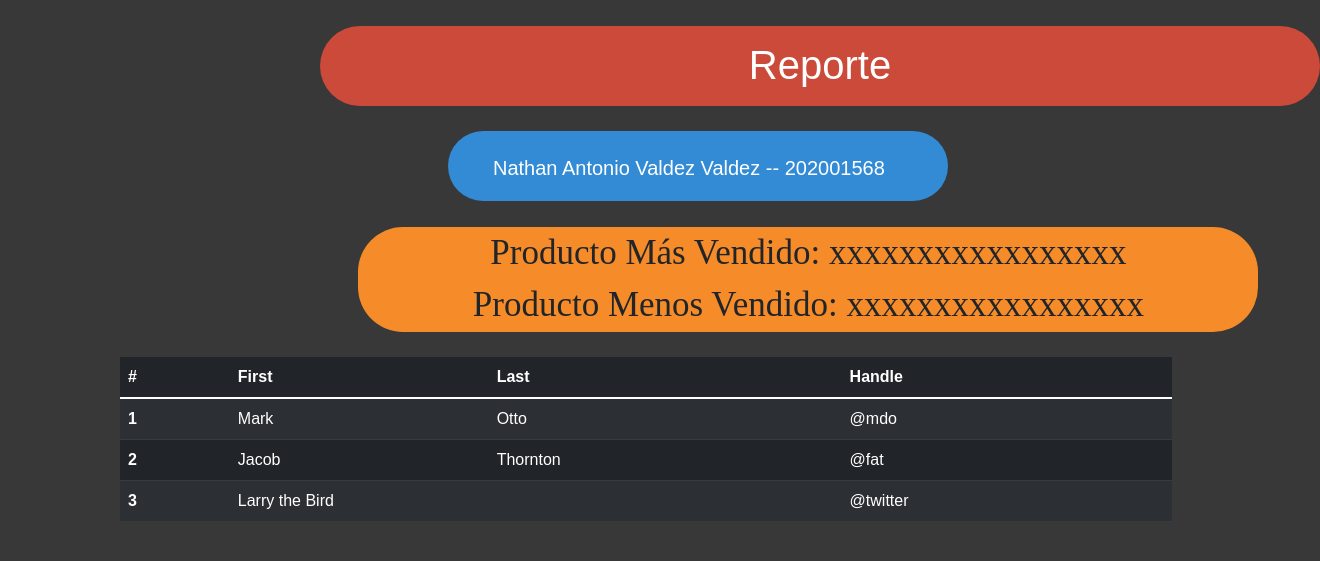
Repository: nathanvdev/LFP_PR_202001568
Page: plantilla.html
The author's editor kept a copy of each file at every save. The page is drawn from the files as they stood at one save, then again after the next save.
The browser window is 1280 px wide. The page is 1320 px wide, so the pictures cover 1320 px, including what lies to the right of the window. The pictures show the whole page.

Above is the page before, as saved 2022-02-19 19:26:06.

### plantilla.html

<!DOCTYPE html>
<html lang="es">
<head>
    <meta charset="UTF-8">
    <meta http-equiv="X-UA-Compatible" content="IE=edge">
    <meta name="viewport" content="width=device-width, initial-scale=1.0">
    <link href="https://cdn.jsdelivr.net/npm/bootstrap@5.1.3/dist/css/bootstrap.min.css" rel="stylesheet" integrity="sha384-1BmE4kWBq78iYhFldvKuhfTAU6auU8tT94WrHftjDbrCEXSU1oBoqyl2QvZ6jIW3" crossorigin="anonymous">
    <title>Document</title>
</head>
<style>
    body{
        font-family: sans-serif;
    }
    .titlebox{
        background-color: rgb(204, 74, 57);
        height: 80px;
        width: 1000px;
        margin: 2%;
        margin-left: 25%;
        border-radius: 45px;

        text-align: center;
        display: flex;
        justify-content: center;
    }
    .PersonalInfo{
        background-color: rgb(50, 139, 212);
        height: 70px;
        width: 500px;
        margin: 2%;
        margin-top: 0px;
        margin-left: 35%;
        border-radius: 45px;

    }
    .tabla{
        width: 90%;
        height: auto;
        margin: 20px;
        padding-left: 100px;

    }
    .Datos{
        background-color: rgb(246, 140, 41);
        height: auto;
        width: 900px;
        margin: 2%;
        margin-top: 0px;
        margin-left: 28%;
        border-radius: 45px;
        text-align: center;
    }
    .productos{
        font-size: 35px;
        font-family: 'Times New Roman', Times, serif;

    }
</style>
<body style="background-color: rgb(56, 56, 56);">
    <div class="titlebox">
        <h1 style="color: white; padding-top: 15px;">Reporte</h1>
    </div>
    <div class="PersonalInfo">
        <h3 style="color: white;
        margin: 5%; float: left; font-size: 20px; padding-left: 20px;">
            Nathan Antonio Valdez Valdez  --  202001568
        </h3>
    </div>

    <div class="Datos">
        <div class="productos">
            Producto Más Vendido:
            xxxxxxxxxxxxxxxxx
            <br>
            Producto Menos Vendido:
            xxxxxxxxxxxxxxxxx
        </div>
    </div>

    <div class="tabla">
    <table class="table table-dark table-striped">
        <thead>
          <tr>
            <th scope="col">#</th>
            <th scope="col">First</th>
            <th scope="col">Last</th>
            <th scope="col">Handle</th>
          </tr>
        </thead>
        <tbody>
          <tr>
            <th scope="row">1</th>
            <td>Mark</td>
            <td>Otto</td>
            <td>@mdo</td>
          </tr>
          <tr>
            <th scope="row">2</th>
            <td>Jacob</td>
            <td>Thornton</td>
            <td>@fat</td>
          </tr>
          <tr>
            <th scope="row">3</th>
            <td colspan="2">Larry the Bird</td>
            <td>@twitter</td>
          </tr>
        </tbody>
      </table>
    </div>
</body>
</html>

After the next save:
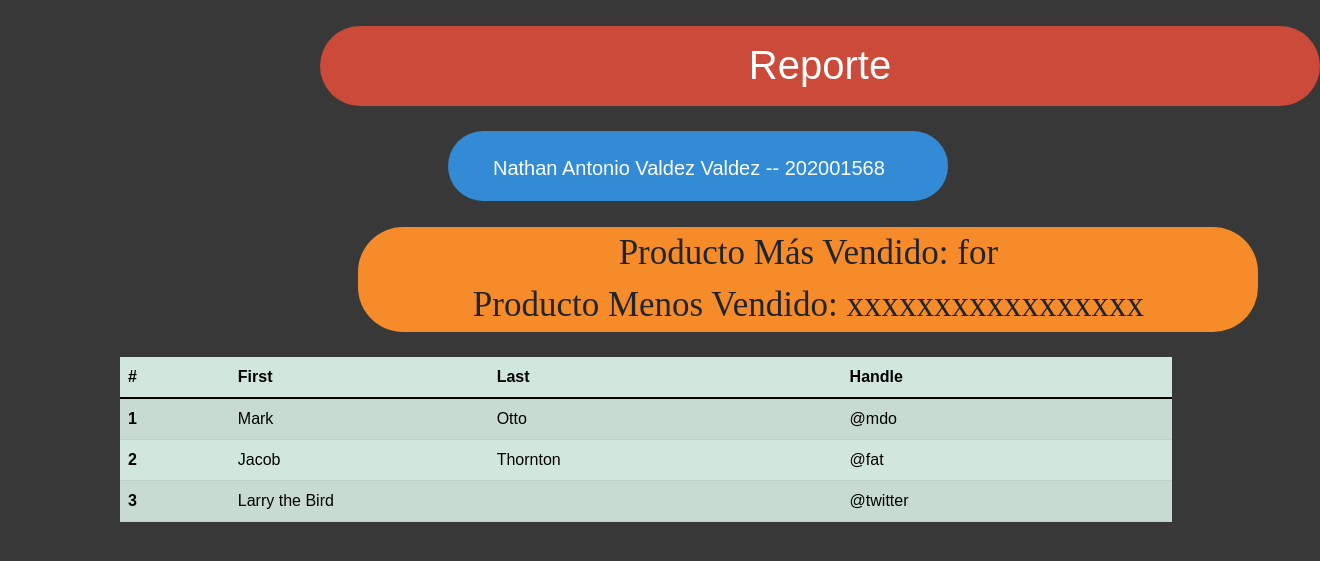
Saved 16 min 50 s later.
--- a/plantilla.html
+++ b/plantilla.html
@@ -71,7 +71,7 @@
     <div class="Datos">
         <div class="productos">
             Producto Más Vendido:
-            xxxxxxxxxxxxxxxxx
+            for
             <br>
             Producto Menos Vendido:
             xxxxxxxxxxxxxxxxx
@@ -79,7 +79,7 @@
     </div>
 
     <div class="tabla">
-    <table class="table table-dark table-striped">
+    <table class="table table-success table-striped">
         <thead>
           <tr>
             <th scope="col">#</th>

After the save that followed:
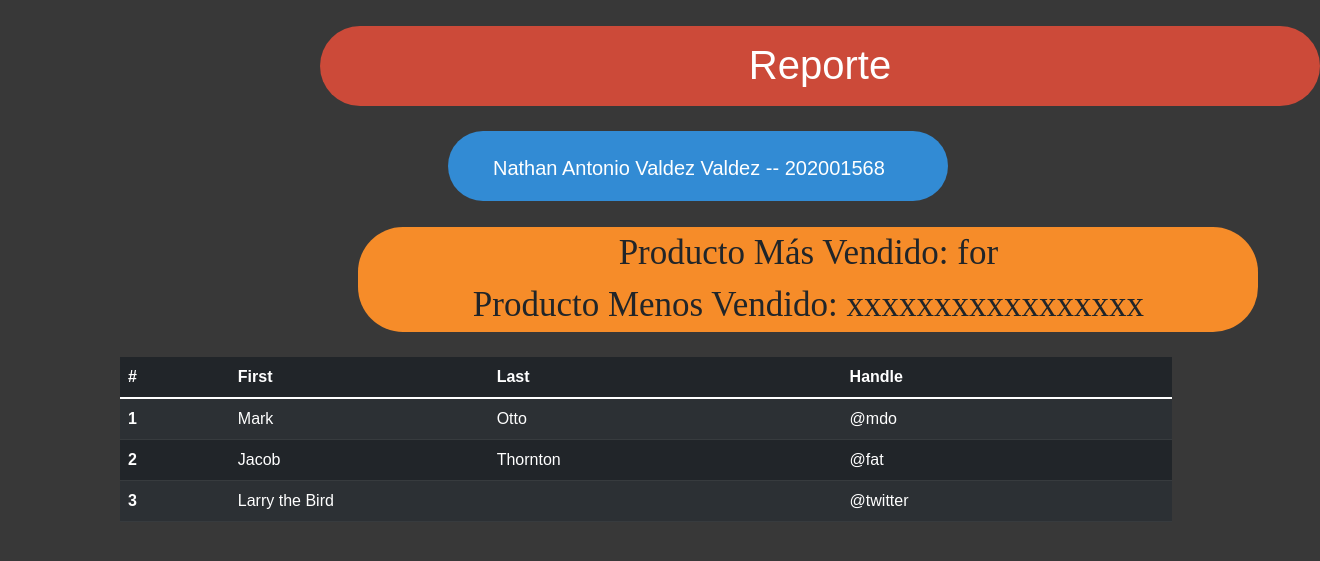
Saved 7 s later.
--- a/plantilla.html
+++ b/plantilla.html
@@ -79,7 +79,7 @@
     </div>
 
     <div class="tabla">
-    <table class="table table-success table-striped">
+    <table class="table table-dark table-striped">
         <thead>
           <tr>
             <th scope="col">#</th>
